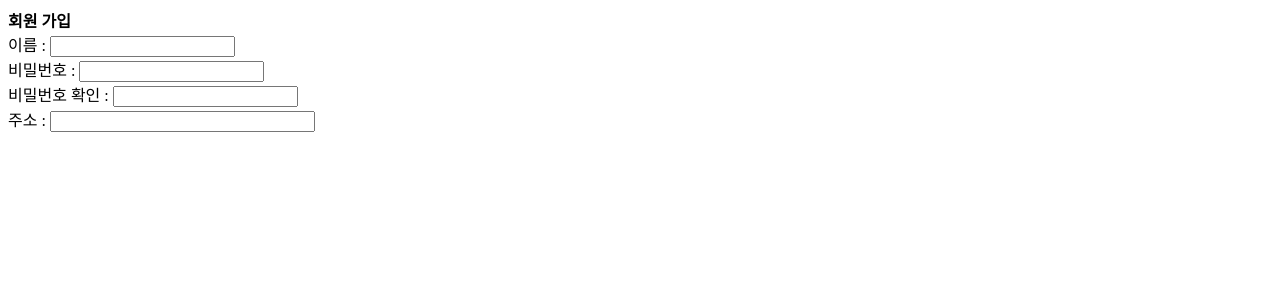
Repository: Kanghanna/One-Pick
Page: http://localhost/Login_Project/insert.jsp
These files come from the project's save history. The page is drawn as it stood at one moment and after the next save; the edit follows.
The browser window is 1280 px wide. The pictures show the whole page.
The page is served by Tomcat 9.

Above is the page before, as saved 2019-03-29 02:57:45.

After the next save:
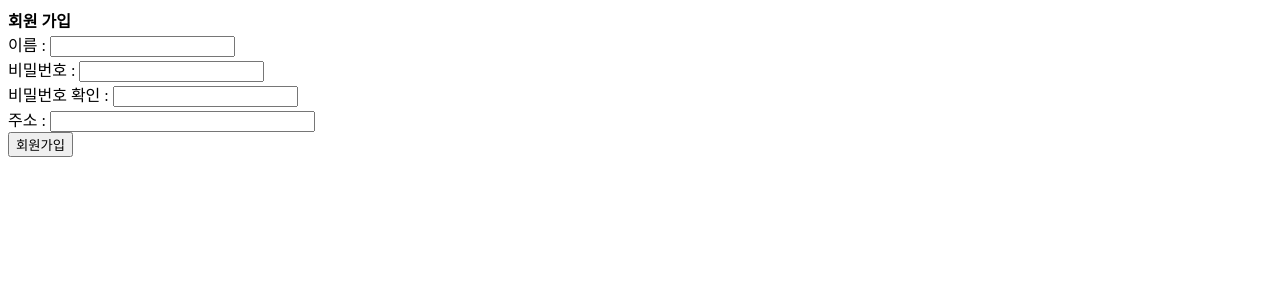
Saved 95 s later.
--- a/Login_Project/WebContent/insert.jsp
+++ b/Login_Project/WebContent/insert.jsp
@@ -6,4 +6,5 @@
 비밀번호 : <input type ="password" name = "pw"><br>
 비밀번호 확인 : <input type ="password" name = "pw2"><br>
 주소 : <input type ="password" name = "address" size = "30"><br>
+<input type ="button" value ="회원가입"><br>
 </form>
